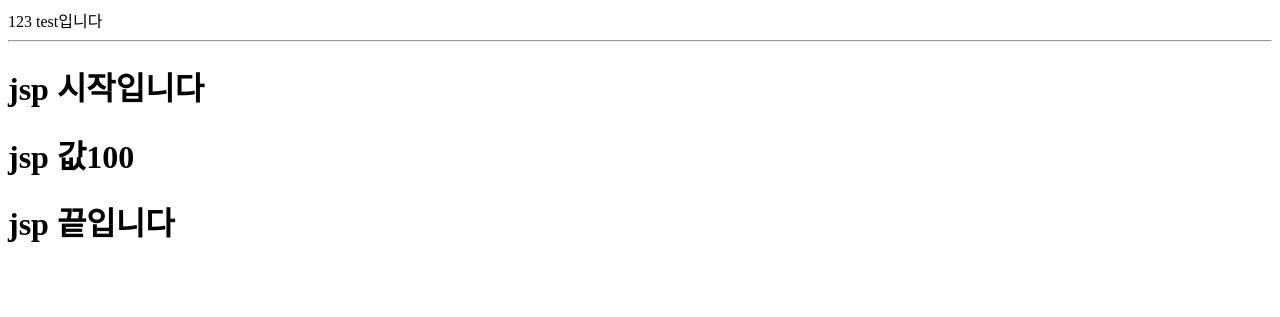
Repository: ryu1917/jsp
Page: http://localhost/jsp/test.jsp
These files come from the project's save history. The page is drawn as it stood at one moment and after the next save; the edit follows.
The browser window is 1280 px wide. The pictures show the whole page.
The page is served by Tomcat 9.

Above is the page before, as saved 2021-04-20 10:16:02.

### workspace/jsp/src/main/webapp/test.jsp
<%@ page language="java" contentType="text/html; charset=EUC-KR"
    pageEncoding="EUC-KR"%>
<!DOCTYPE html>
<html>
<head>
<meta charset="utf-8">
<title>Insert title here</title>
</head>
<body>
<% int num2=123; %>
<%= num2 %>
<%= "test입니다" %>	<%--out.print와 비슷 --%>
<hr>
	<h1>jsp 시작입니다</h1>
	<%--jsp전체주석 --%>
	<%
		int num=100;
	System.out.print(num);//콘솔로 출력
	out.print("<h1>jsp 값"+num+"</h1>");
	%>
	<h1>jsp 끝입니다</h1>
</body>
</html>

After the next save:
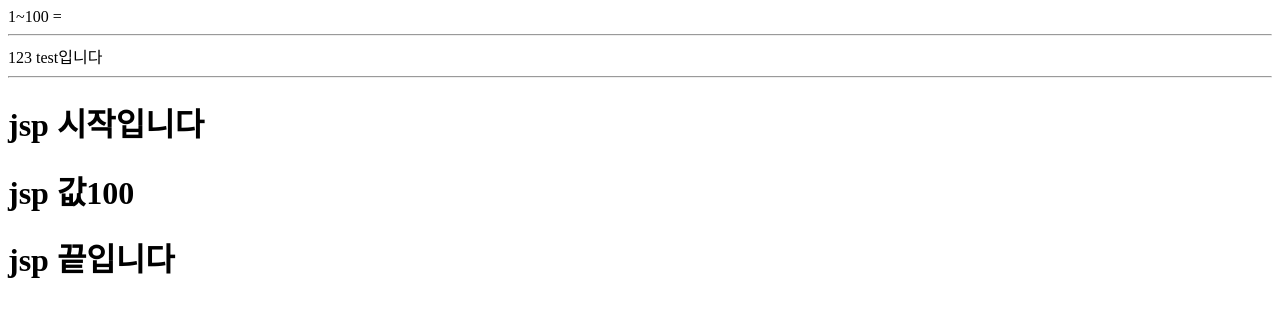
Saved 3 min 8 s later.
--- a/workspace/jsp/src/main/webapp/test.jsp
+++ b/workspace/jsp/src/main/webapp/test.jsp
@@ -7,6 +7,11 @@
 <title>Insert title here</title>
 </head>
 <body>
+<%int sum=0; %>
+<%="1~100 = "%>
+
+
+<hr>
 <% int num2=123; %>
 <%= num2 %>
 <%= "test입니다" %>	<%--out.print와 비슷 --%>
